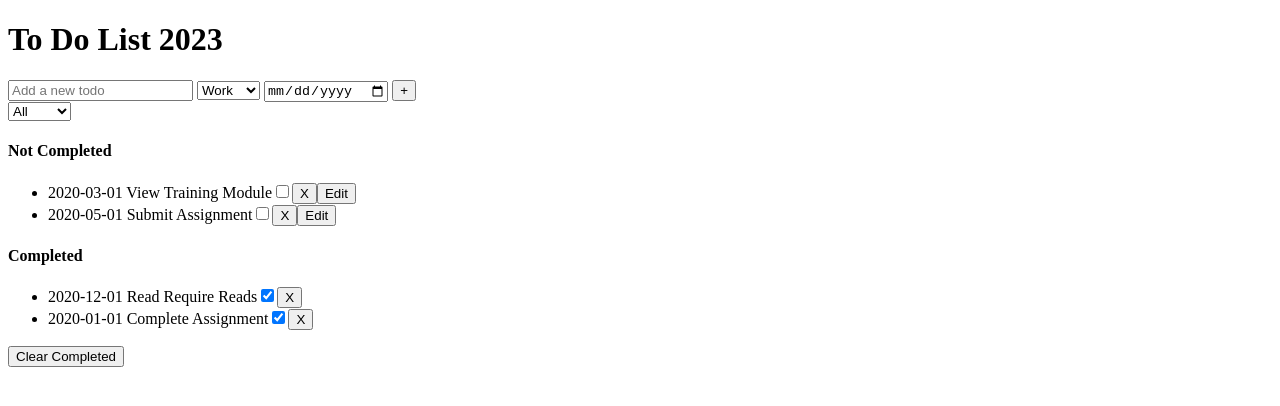
Repository: Kayla-amr/dgm3760
Page: index.html
The author's editor kept a copy of each file at every save. The page is drawn from the files as they stood at one save, then again after the next save.
The browser window is 1280 px wide. The pictures show the whole page.

Above is the page before, as saved 2023-10-23 17:15:48.

### index.html
<!DOCTYPE html>
<html lang="en">
<head>
    <meta charset="UTF-8">
    <meta name="viewport" content="width=device-width, initial-scale=1.0">
    <title>ToDo App 2023</title>
</head>
<body>
    <div class="app">
        <h1></h1>

        <div class="input">
            <input class="userInput" type="text" placeholder="Add a new todo">
            <select class="categorySelected">
                <option value="work">Work</option>
                <option value="home">Home</option>
                <option value="school">School</option>
            </select>
            <input class="dateInput" type="date" placeholder="Date">

            <button class="addInput">+</button>
        </div>

        <div>
            <select name="categorySelected" class="categorySelected">
                <option value="all">All</option>
                <option value="work">Work</option>
                <option value="home">Home</option>
                <option value="school">School</option>
            </select>
        </div>
        <div class="todos">
            <h4>Not Completed</h4>
            <ul class="list"></ul>
            <h4>Completed</h4>
            <ul class="completed"></ul>
        </div>

        <div class="btns">
            <button class="clear">Clear Completed</button>
        </div>



    </div>

</body>
<script src="main.js"></script>
</html>

### main.js
let todo = [
    {
    id: 0,
    name: 'View Training Module',
    category: 'Home',
    date: '2020-03-01',
    status: false

},
{
    id: 1,
    name: 'Read Require Reads',
    category: 'Work',
    date: '2020-12-01',
    status: true
},
{
    id: 2,
    name: 'Complete Assignment',
    category: 'Work',
    date: '2020-01-01',
    status: true
},
{
    id: 3,
    name: 'Submit Assignment',
    category: 'School',
    date: '2020-05-01',
    status: false
},
];

document.querySelector('.app > h1').innerText = 'To Do List 2023';

let list = document.querySelector('.list');
let completed = document.querySelector('.completed');


//VIEW TODO LIST FUNCTION
function taskView(todo){
    list.innerText = '';
    completed.innerText='';         //CLEARS TODO LIST

    todo.forEach(function(todoItem) //LOOPS THROUGH TODO LIST
    {
        //CREATES TODO ITEM ELEMENTS
        let li = document.createElement('li');  //CREATES LI ELEMENT
        li.setAttribute('id', todoItem.id)      //SETS LI ID
        li.innerText = todoItem.date + ' ' + todoItem.name;

        //CREATES INPUT ELEMENT
        let status = document.createElement('input'); //CREATES INPUT ELEMENT
        status.setAttribute('type', 'checkbox');      //SETS INPUT TYPE
        status.setAttribute('id', 'status');          //SETS INPUT ID
        status.setAttribute('value', todoItem.status);//SETS INPUT VALUE
        status.checked = todoItem.status;             //SETS INPUT CHECKED STATUS

        //ADDS EVENT LISTENER TO INPUT
        status.addEventListener('click', function(){  //ADDS EVENT LISTENER TO INPUT
            if(status.checked == true){               //CHECKS IF INPUT IS CHECKED
                todoItem.status = true;               //SETS TODO ITEM STATUS TO TRUE
                completed.appendChild(li);            //ADDS TODO ITEM TO COMPLETED LIST
                list.removeChild(li);                 //REMOVES TODO ITEM FROM TODO LIST
            }
            else{
                todoItem.status = false;              //SETS TODO ITEM STATUS TO FALSE
                list.appendChild(li);                 //ADDS TODO ITEM TO TODO LIST
                completed.removeChild(li);            //REMOVES TODO ITEM FROM COMPLETED LIST
            }
        })

        //CREATES DELETE BUTTON
        let deleteBtn = document.createElement('button'); //CREATES BUTTON ELEMENT
        deleteBtn.setAttribute('id', 'delete');           //SETS BUTTON ID
        deleteBtn.innerText = 'X';                        //SETS BUTTON TEXT

        //ADDS EVENT LISTENER TO DELETE BUTTON
        deleteBtn.addEventListener('click', function(){   //ADDS EVENT LISTENER TO DELETE BUTTON
            todo = todo.filter(function(todoItem){         //FILTERS OUT DELETED TODO ITEM
                return todoItem.id != li.id;
            })
            taskView(todo);                                //CALLS VIEW FUNCTION
        })

        //CREATES EDIT BUTTON
        let editBtn = document.createElement('button');   //CREATES BUTTON ELEMENT
        editBtn.setAttribute('id', 'edit');               //SETS BUTTON ID
        editBtn.innerText = 'Edit';                       //SETS BUTTON TEXT

        //ADDS EVENT LISTENER TO EDIT BUTTON
        editBtn.addEventListener('click', function(){      //ADDS EVENT LISTENER TO EDIT BUTTON
            let editInput = document.createElement('input'); //CREATES INPUT ELEMENT
            editInput.setAttribute('type', 'text');          //SETS INPUT TYPE
            editInput.setAttribute('id', 'editInput');       //SETS INPUT ID
            editInput.setAttribute('value', todoItem.name);  //SETS INPUT VALUE
            li.innerText = '';                               //CLEARS TODO ITEM TEXT
            li.appendChild(editInput);                       //ADDS INPUT TO TODO ITEM

            //ADDS EVENT LISTENER TO INPUT
            editInput.addEventListener('keyup', function(){  //ADDS EVENT LISTENER TO INPUT
                if(event.keyCode === 13){                    //CHECKS IF ENTER KEY IS PRESSED
                    todoItem.name = editInput.value;         //SETS TODO ITEM NAME TO INPUT VALUE
                    li.innerText = todoItem.date + ' ' + todoItem.name;            //SETS TODO ITEM TEXT TO TODO ITEM NAME
                    li.appendChild(status);                  //ADDS INPUT TO TODO ITEM
                    li.appendChild(deleteBtn);               //ADDS DELETE BUTTON TO TODO ITEM
                    li.appendChild(editBtn);                 //ADDS EDIT BUTTON TO TODO ITEM
                }
            })
        }
        )

        //CHECKS TODO ITEM STATUS
        if(todoItem.status != true){
            list.appendChild(li);                    //ADDS TODO ITEM TO TODO LIST
            li.appendChild(status);                  //ADDS INPUT TO TODO ITEM
            li.appendChild(deleteBtn);               //ADDS DELETE BUTTON TO TODO ITEM
            li.appendChild(editBtn);                 //ADDS EDIT BUTTON TO TODO ITEM

        }
        else
        {
            completed.appendChild(li);                    //ADDS TODO ITEM TO COMPLETED LIST
            li.appendChild(status);                       //ADDS INPUT TO TODO ITEM
            li.appendChild(deleteBtn);                    //ADDS DELETE BUTTON TO TODO ITEM

        }
    })
}
taskView(todo); //CALLS VIEW FUNCTION

function categoryView(todo){
    let categorySelected = document.querySelector('.categorySelected').value; //GETS CATEGORY SELECTED
    let filteredList = todo.filter(function(todoItem){                         //FILTERS TODO LIST BY CATEGORY
        return todoItem.category === categorySelected;
    })

    if (categorySelected === 'All'){                                            //CHECKS IF CATEGORY SELECTED IS ALL
        filteredList = todo;                                                    //SETS FILTERED LIST TO TODO LIST
    }
    else


    taskView(filteredList);                                                    //CALLS VIEW FUNCTION
}


//ADD TODO ITEM FUNCTION
function addTask(){
   let userInput = document.querySelector('.userInput').value; //GETS USER INPUT
   let categorySelected = document.querySelector('.categorySelected').value; //GETS CATEGORY SELECTED
   let dateInput = document.querySelector('.dateInput').value; //GETS DATE INPUT

   const newItem = {                                          //CREATES NEW TODO ITEM OBJECT
         id: todo.length,
         name: userInput,
         category: categorySelected,
         date: dateInput,
         status: false
    }

    if (userInput === ''){                                     //CHECKS IF USER INPUT IS EMPTY
        alert('Please enter a task');                          //ALERTS USER TO ENTER A TASK
        return false;
    }
    else if (todo.some(todoItem => todoItem.name === userInput)){ //CHECKS IF USER INPUT IS A DUPLICATE
        alert('This task already exists');                        //ALERTS USER TO ENTER A UNIQUE TASK
        return false;
    }
    else{
        todo.push(newItem);                                     //PUSHES NEW TODO ITEM TO TODO LIST
    }

    document.querySelector('.userInput').value = '';          //CLEARS USER INPUT
}

addInput = document.querySelector('.addInput');                //GETS ADD BUTTON
addInput.addEventListener('click', (event) =>{
    addTask();                                                 //CALLS ADD TODO ITEM FUNCTION
    taskView(todo);                                            //CALLS VIEW FUNCTION
})

//CLEAR COMPLETED ITEMS FUNCTION
let clear = document.querySelector('.clear');                  //GETS CLEAR BUTTON
function clearList(){
    completed.innerText='';                                    //CLEARS COMPLETED LIST
    todo = todo.filter(function(todoItem){                      //FILTERS OUT COMPLETED ITEMS
        return todoItem.status == false;
    })

    todo.forEach(function(todoItem){                            //LOOPS THROUGH TODO LIST
        todoItem.id = todo.indexOf(todoItem);                   //SETS TODO ITEM ID
    })
}

clear.addEventListener('click', (event) =>{
    clearList();                                               //CALLS CLEAR FUNCTION
    taskView(todo);                                            //CALLS VIEW FUNCTION
})

After the next save:
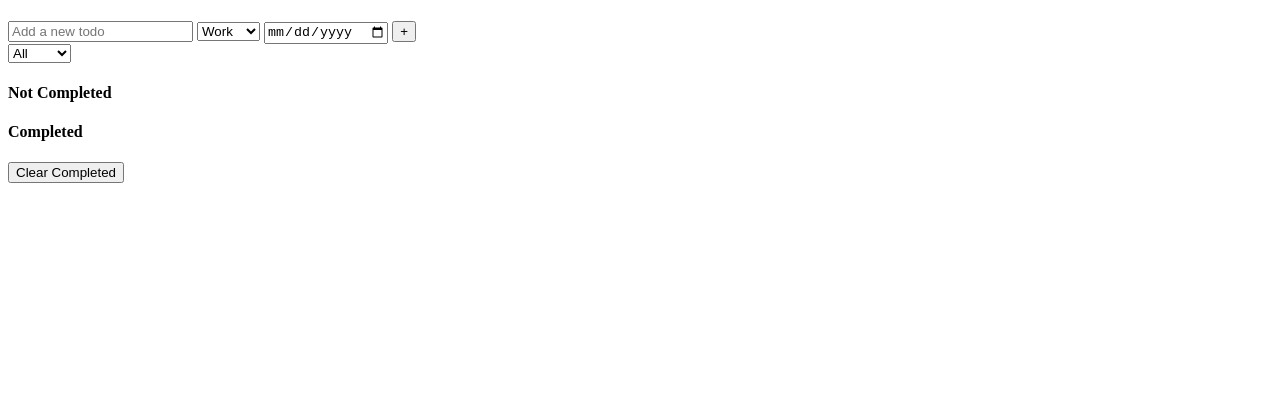
Console error: SyntaxError: Unexpected end of input
Saved 6 s later.
--- a/main.js
+++ b/main.js
@@ -137,7 +137,7 @@
     if (categorySelected === 'All'){                                            //CHECKS IF CATEGORY SELECTED IS ALL
         filteredList = todo;                                                    //SETS FILTERED LIST TO TODO LIST
     }
-    else
+    else if (categorySelected === 'Completed'){                                 //CHECKS IF CATEGORY SELECTED IS COMPLETED
 
 
     taskView(filteredList);                                                    //CALLS VIEW FUNCTION

After the 3 saves that followed:
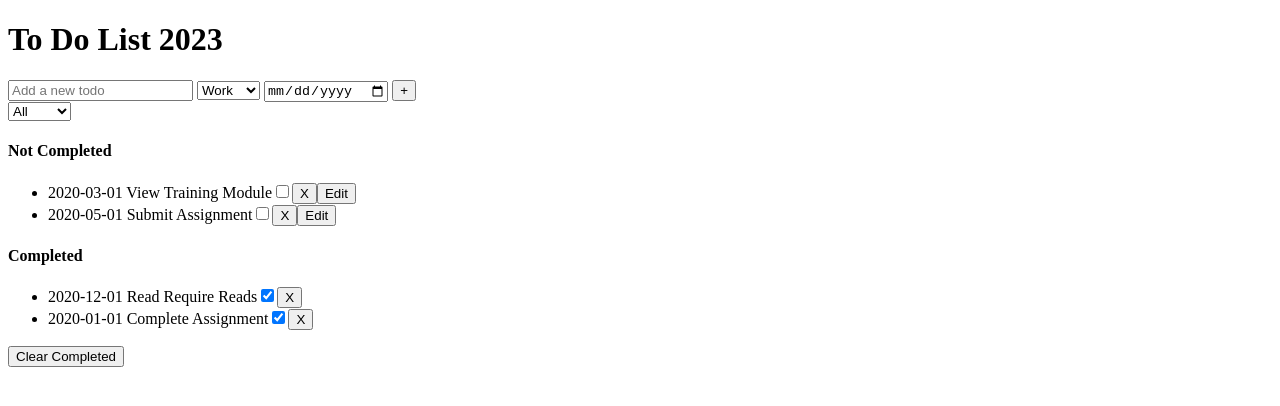
The error is gone.
The 3 saves are shown as one change because 1 left the picture as it was and some came seconds apart.
The last was saved 24 s later.
--- a/main.js
+++ b/main.js
@@ -137,7 +137,11 @@
     if (categorySelected === 'All'){                                            //CHECKS IF CATEGORY SELECTED IS ALL
         filteredList = todo;                                                    //SETS FILTERED LIST TO TODO LIST
     }
-    else if (categorySelected === 'Completed'){                                 //CHECKS IF CATEGORY SELECTED IS COMPLETED
+    else if (categorySelected === 'Work'){                                 //CHECKS IF CATEGORY SELECTED IS COMPLETED
+        filteredList = todo.filter(function(todoItem){                         //FILTERS TODO LIST BY CATEGORY
+            return todoItem.status === true;
+        })
+    }
 
 
     taskView(filteredList);                                                    //CALLS VIEW FUNCTION
